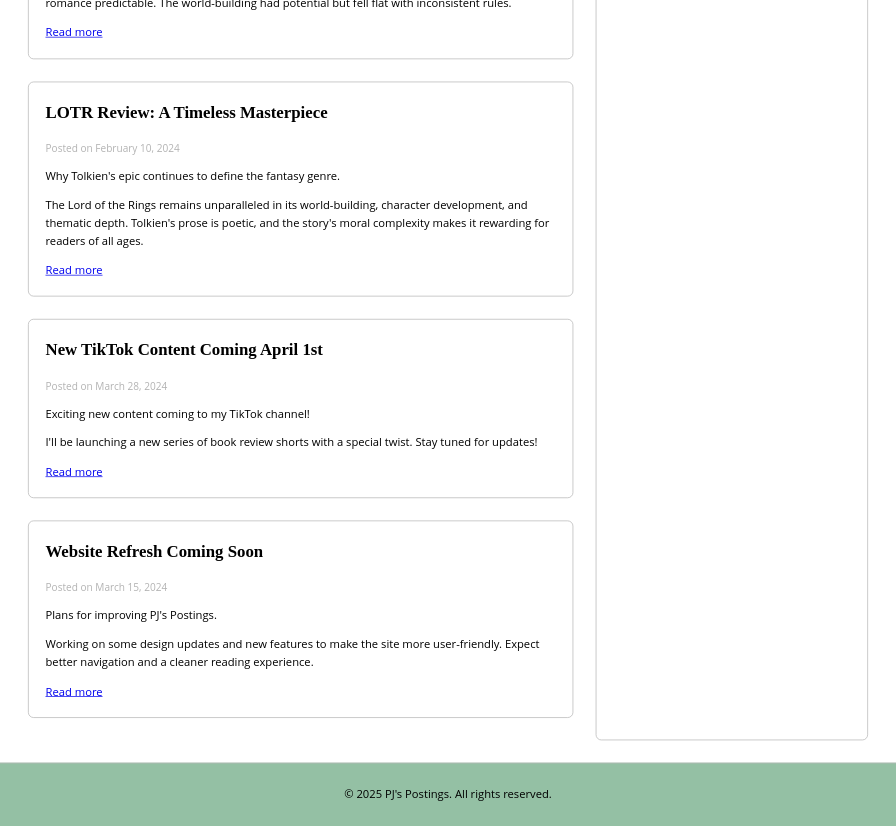
Repository: pjpatrick071/pjpatrick071.github.io
Page: index.html
An editor plug-in stored every save of this project. The page is shown before and after the next save, followed by the edit.
The browser window is 1280 px wide. The pictures show the part of the page from y = 1781 to 3701 px (the page is 2962 px tall before and 3701 px after), at 70% of full size.
Some web fonts or font styles are not loaded; a fallback is used.

Above is the page before, as saved 2025-04-03 19:49:55.

After the next save:
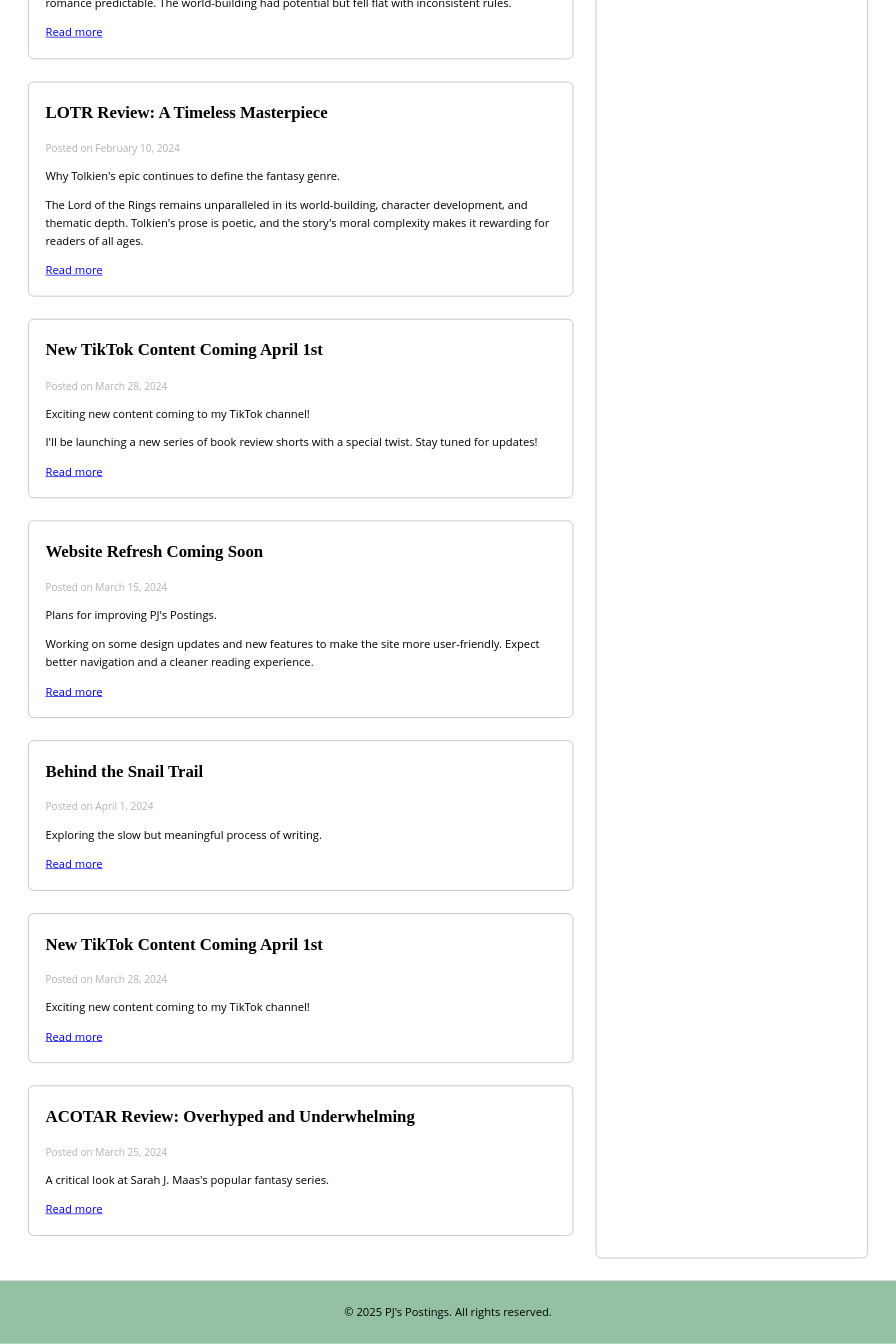
Saved 28 s later.
--- a/index.html
+++ b/index.html
@@ -364,5 +364,76 @@
             console.log('Blog loaded successfully!');
         });
     </script>
+    <script>
+        document.addEventListener('DOMContentLoaded', function() {
+            // List of all your blog posts in reverse chronological order
+            const allPosts = [
+                {
+                    title: "New TikTok Content Coming April 1st",
+                    date: "2024-03-28",
+                    url: "posts/new-tiktok.html",
+                    excerpt: "Exciting new content coming to my TikTok channel!"
+                },
+                {
+                    title: "ACOTAR Review: Overhyped and Underwhelming",
+                    date: "2024-03-25",
+                    url: "posts/acotar-review.html",
+                    excerpt: "A critical look at Sarah J. Maas's popular fantasy series."
+                },
+                {
+                    title: "Alternate Universes",
+                    date: "2024-03-15",
+                    url: "posts/alternate-universes.html",
+                    excerpt: "The concept of alternate universes in fiction and how writers can use them effectively."
+                },
+                {
+                    title: "Website Refresh Coming Soon",
+                    date: "2024-03-15",
+                    url: "posts/website-updates.html",
+                    excerpt: "Plans for improving PJ's Postings."
+                },
+                {
+                    title: "LOTR Review: A Timeless Masterpiece",
+                    date: "2024-02-10",
+                    url: "posts/lotr-review.html",
+                    excerpt: "Why Tolkien's epic continues to define the fantasy genre."
+                },
+                {
+                    title: "Behind the Snail Trail",
+                    date: "2024-04-01",
+                    url: "posts/snail-trail.html",
+                    excerpt: "Exploring the slow but meaningful process of writing."
+                }
+            ];
+
+            // Sort posts by date (newest first)
+            allPosts.sort((a, b) => new Date(b.date) - new Date(a.date));
+
+            // Get only the most recent posts (e.g., 3)
+            const recentPosts = allPosts.slice(0, 3);
+
+            // Display them
+            const container = document.getElementById('recent-posts-container');
+
+            recentPosts.forEach(post => {
+                const postElement = document.createElement('article');
+                postElement.className = 'blog-post';
+                postElement.innerHTML = `
+                    <h2 class="post-title">${post.title}</h2>
+                    <p class="post-meta">Posted on ${formatDate(post.date)}</p>
+                    <div class="entry-content">
+                        <p>${post.excerpt}</p>
+                        <a href="${post.url}">Read more</a>
+                    </div>
+                `;
+                container.appendChild(postElement);
+            });
+
+            function formatDate(dateString) {
+                const options = { year: 'numeric', month: 'long', day: 'numeric' };
+                return new Date(dateString).toLocaleDateString('en-US', options);
+            }
+        });
+        </script>
 </body>
 </html>
